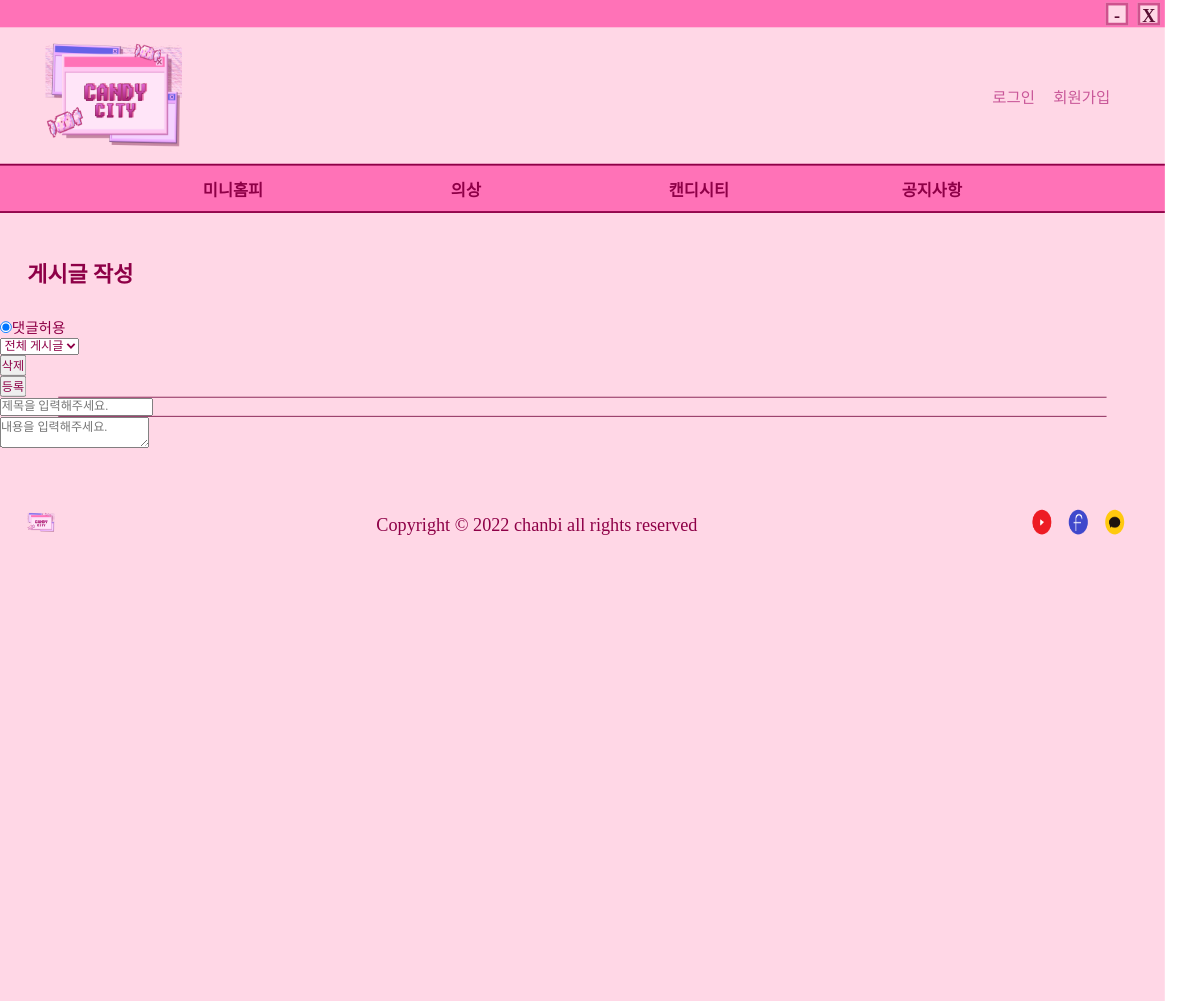
Repository: chanbiM/candyCityProject
Page: http://localhost/CandyCityProj/member/post/insertPost.jsp
These files come from the project's save history. The page is drawn as it stood at one moment and after the next save; the edit follows.
The browser window is 1280 px wide. The page is 1310 px wide, so the pictures cover 1310 px, including what lies to the right of the window. The pictures show the whole page, at 91% of full size.
Some web fonts or font styles are not loaded; a fallback is used. The page is served by Tomcat 9.

Above is the page before, as saved 2022-11-12 13:59:17.

After the next save:
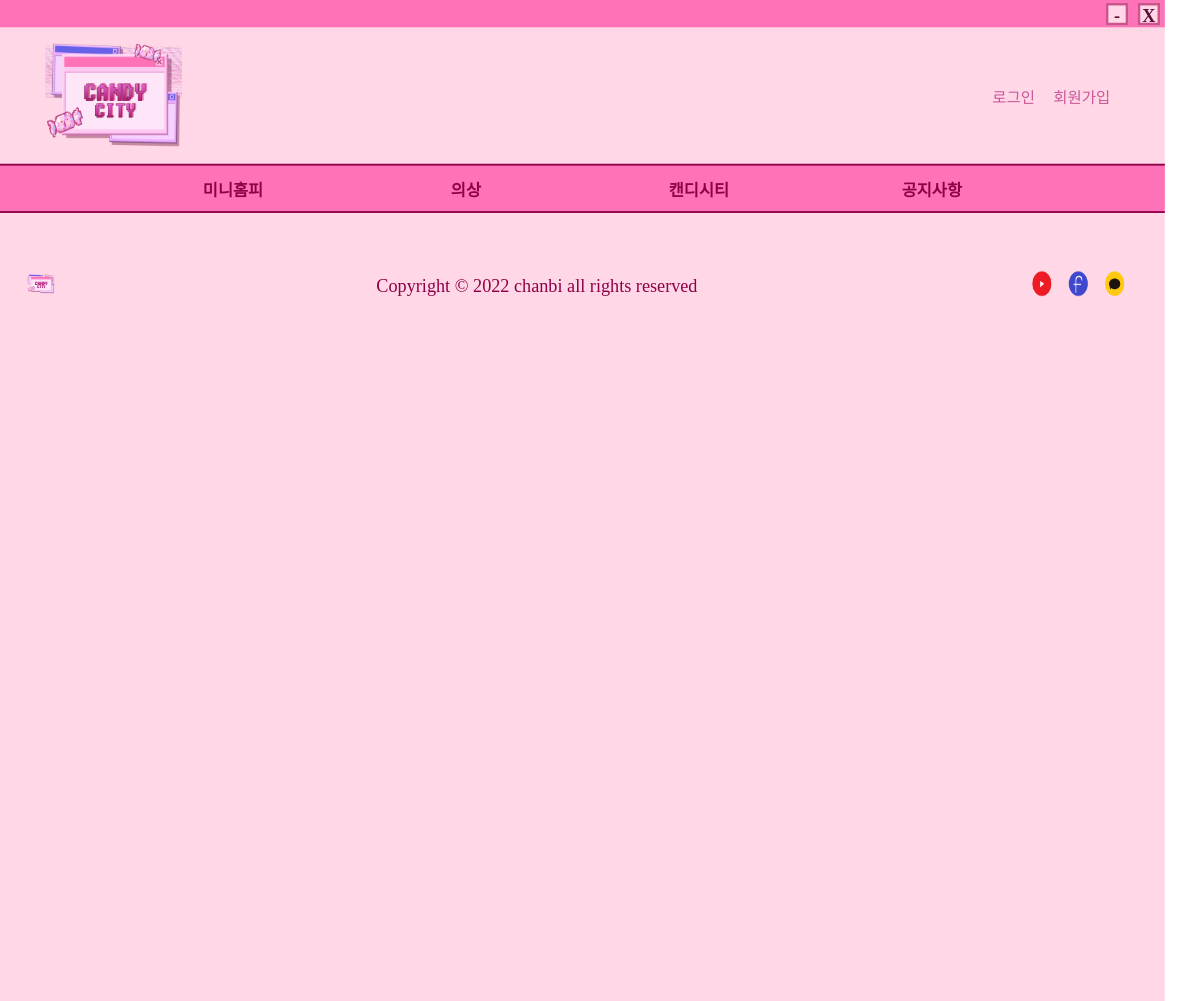
Saved 43 s later.
--- a/CandyCityProj/WebContent/member/post/insertPost.jsp
+++ b/CandyCityProj/WebContent/member/post/insertPost.jsp
@@ -1,39 +1,5 @@
 <%@ page language="java" contentType="text/html; charset=UTF-8"
     pageEncoding="UTF-8"%>
 <%@ include file="/header.jsp" %>
-        <!-- 게시글 작성-->
-        <br>
-        <form action="">
-            <div class="top">
-                <h2>게시글 작성</h2>
 
-                <div class="right">
-                    <ul>
-                        <li>
-                            <input type="radio" value="O" name="comment" checked>댓글허용
-                        </li>
-                        <li>
-                            <select name="postOption">
-                                <option value="basic">전체 게시글</option>
-                                <option value="secret">비밀 게시글</option>
-                            </select>
-                        </li>
-                        <li>
-                            <input type="reset" value="삭제">
-
-                        </li>
-                        <li>
-                            <input type="submit" value="등록">
-                        </li>
-                    </ul>
-                </div>
-
-            </div>
-            <hr>
-            <input type="text" placeholder="제목을 입력해주세요." name="title">
-            <br>
-            <hr class="title-line">
-
-            <textarea placeholder="내용을 입력해주세요." name="post"></textarea>
-        </form>
 <%@ include file="/footer.jsp" %>

After the save that followed:
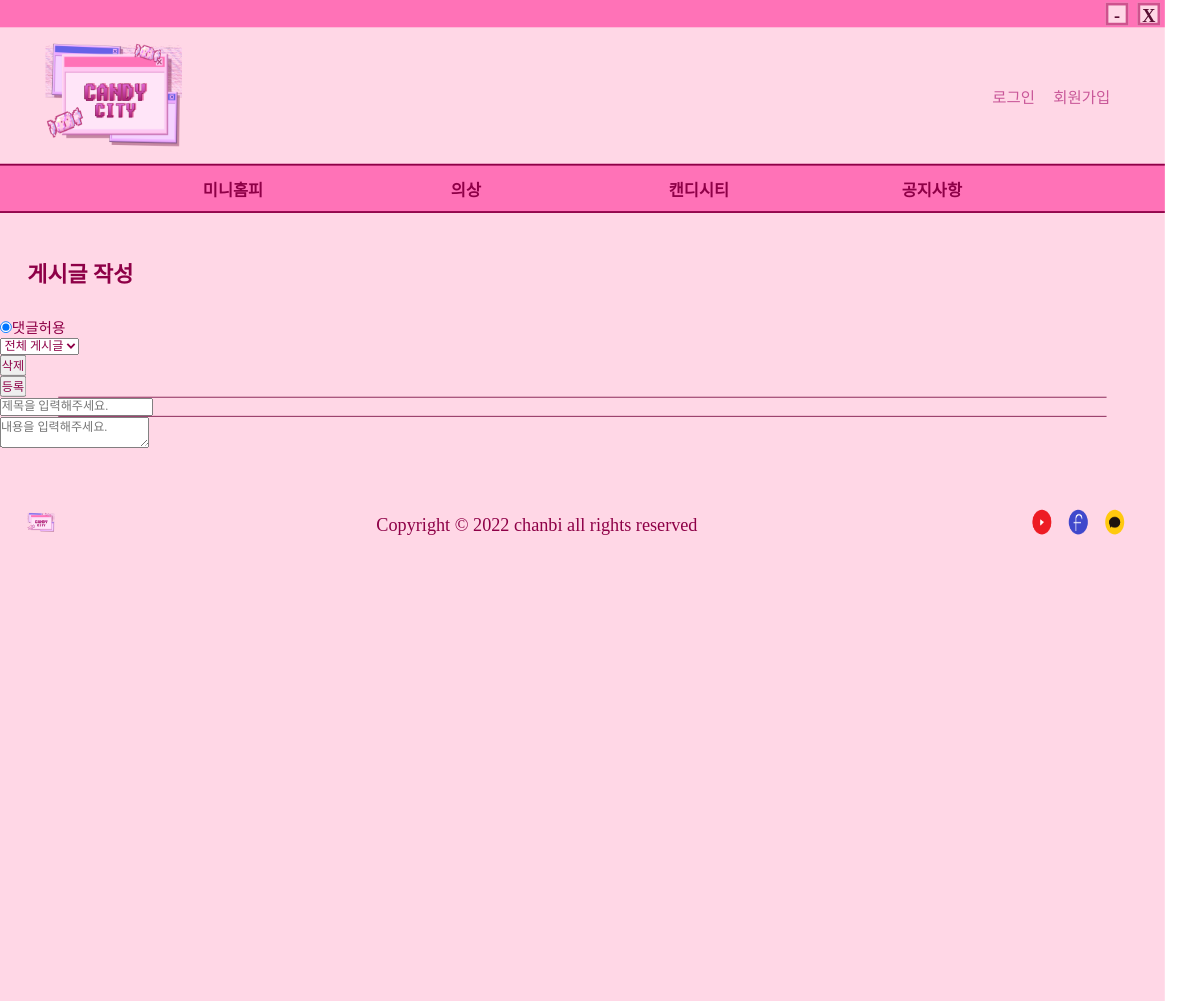
Saved 7 s later.
--- a/CandyCityProj/WebContent/member/post/insertPost.jsp
+++ b/CandyCityProj/WebContent/member/post/insertPost.jsp
@@ -1,5 +1,39 @@
 <%@ page language="java" contentType="text/html; charset=UTF-8"
     pageEncoding="UTF-8"%>
 <%@ include file="/header.jsp" %>
+        <!-- 게시글 작성-->
+        <br>
+        <form action="">
+            <div class="top">
+                <h2>게시글 작성</h2>
 
+                <div class="right">
+                    <ul>
+                        <li>
+                            <input type="radio" value="O" name="comment" checked>댓글허용
+                        </li>
+                        <li>
+                            <select name="postOption">
+                                <option value="basic">전체 게시글</option>
+                                <option value="secret">비밀 게시글</option>
+                            </select>
+                        </li>
+                        <li>
+                            <input type="reset" value="삭제">
+
+                        </li>
+                        <li>
+                            <input type="submit" value="등록">
+                        </li>
+                    </ul>
+                </div>
+
+            </div>
+            <hr>
+            <input type="text" placeholder="제목을 입력해주세요." name="title">
+            <br>
+            <hr class="title-line">
+
+            <textarea placeholder="내용을 입력해주세요." name="post"></textarea>
+        </form>
 <%@ include file="/footer.jsp" %>
